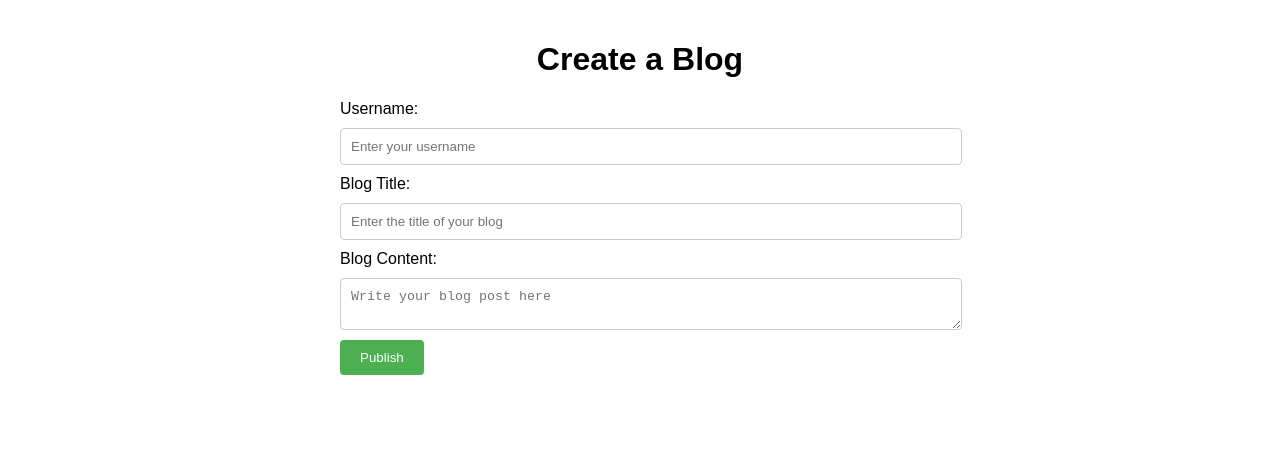
Repository: PaigeC001/WeatherOutlookTracker
Page: Challenge-4/index.html
An editor plug-in stored every save of this project. The page is shown before and after the next save, followed by the edit.
The browser window is 1280 px wide. The pictures show the whole page.

Above is the page before, as saved 2024-06-25 00:36:44.

After the next save:
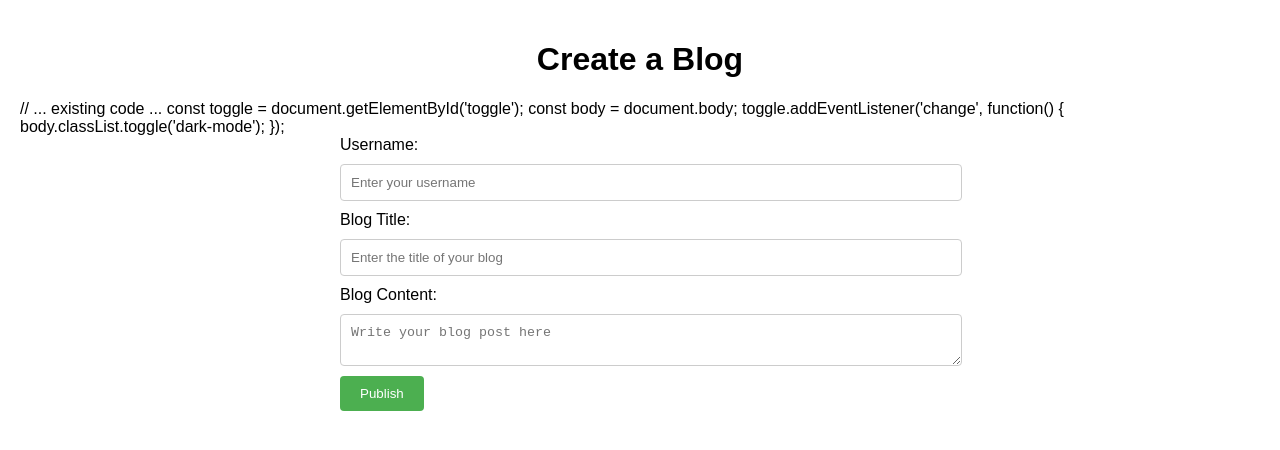
Saved 114 s later.
--- a/Challenge-4/index.html
+++ b/Challenge-4/index.html
@@ -6,6 +6,14 @@
 </head>
 <body>
   <h1>Create a Blog</h1>
+  // ... existing code ...
+
+const toggle = document.getElementById('toggle');
+const body = document.body;
+
+toggle.addEventListener('change', function() {
+  body.classList.toggle('dark-mode');
+});
   <form>
     <label for="username">Username:</label>
     <input type="text" id="username" placeholder="Enter your username" required>
